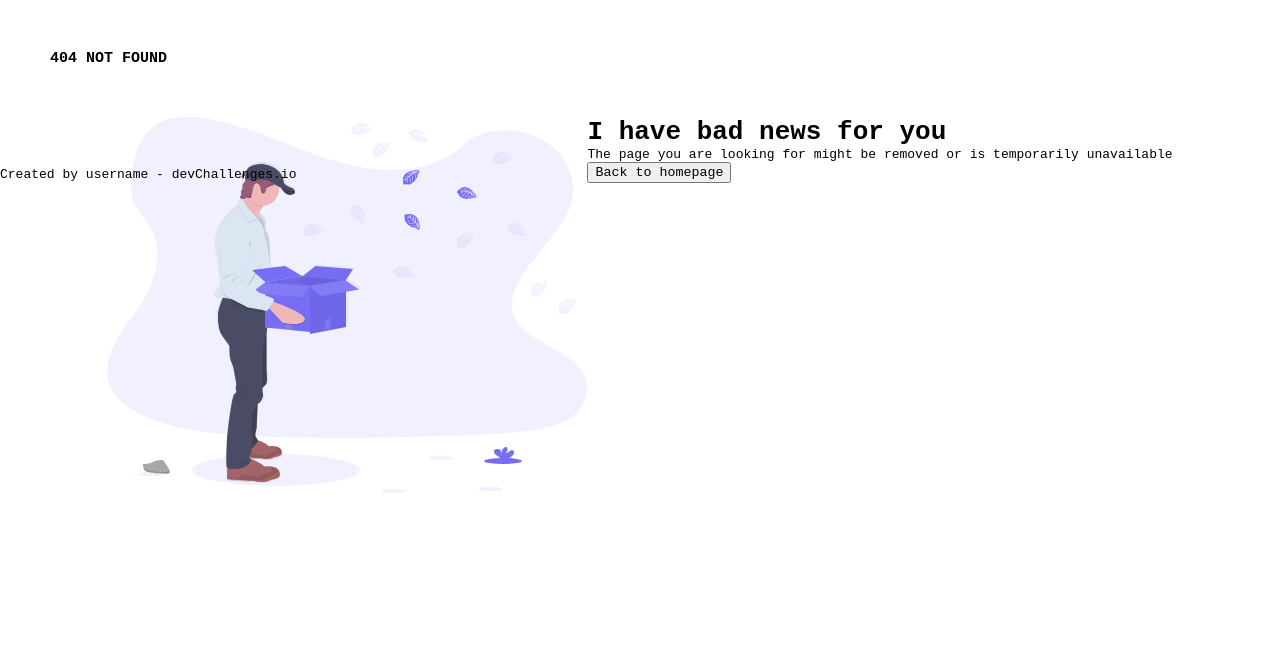
Repository: georgisenze/404-not-found-challeng
Page: index.html
An editor plug-in stored every save of this project. The page is shown before and after a run of saves, followed by the edit.
The browser window is 1280 px wide. The pictures show the whole page.

Above is the page before, as saved 2023-02-21 06:36:48.

After the next 2 saves:
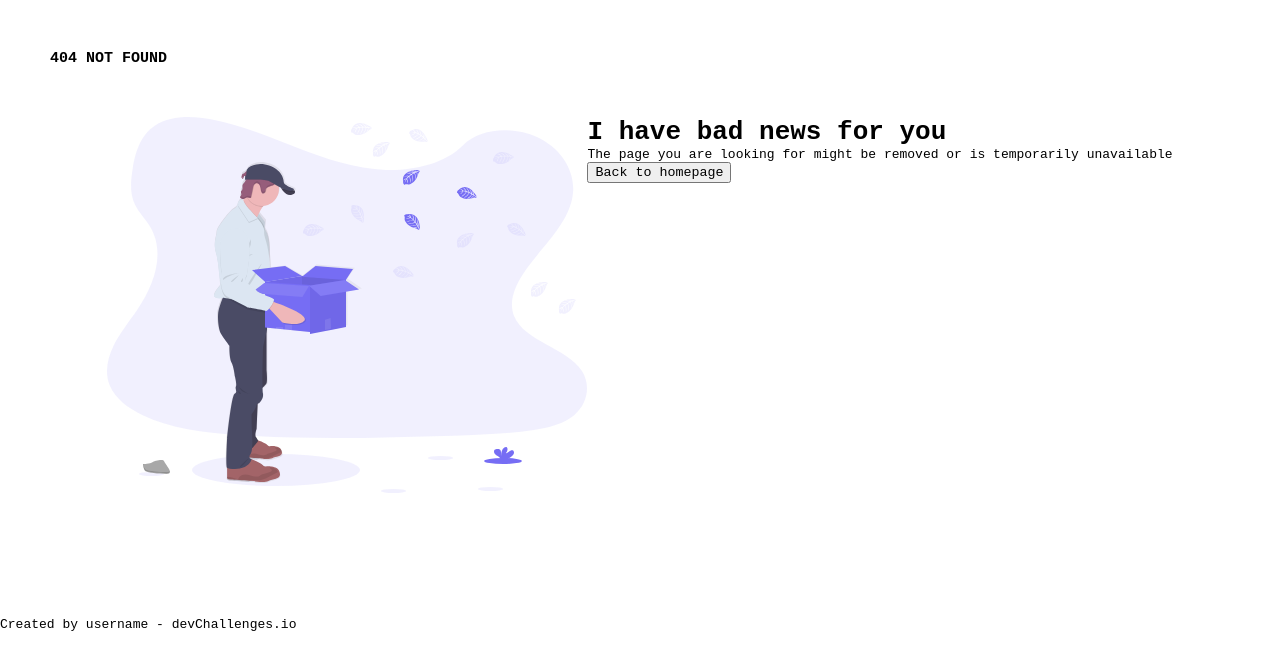
The 2 saves are shown as one change because they came seconds apart.
The last was saved 6 s later.
--- a/assets/css/style.css
+++ b/assets/css/style.css
@@ -23,5 +23,5 @@ header p {
 .row{
     display: flex;
     justify-content: space-around;
-    height: 50px;
+    height: 500px;
 }
